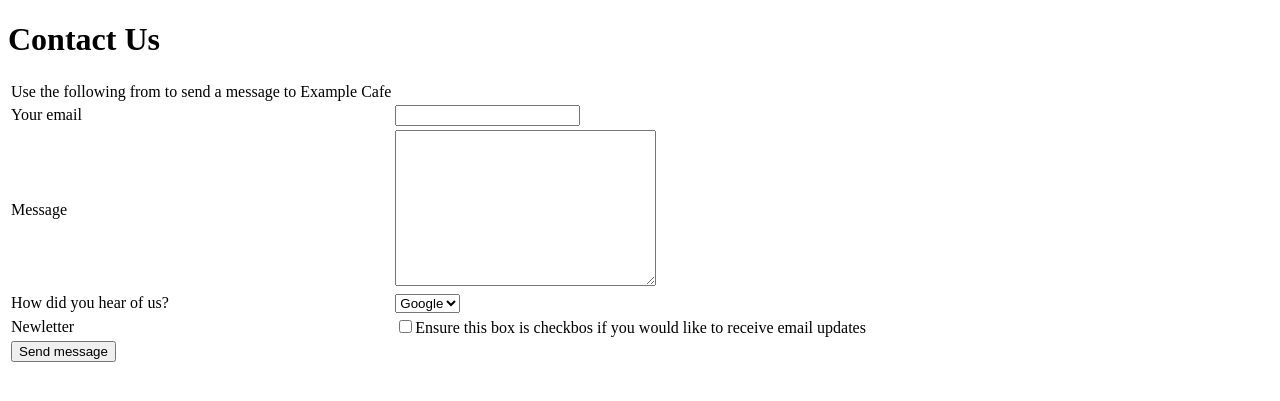
Repository: PhamChiXuan1/HTCNW_tuan3_DHCNTT16C_PhamChiXuan_20030131
Page: bt14.html
An editor plug-in stored every save of this project. The page is shown before and after the next save, followed by the edit.
The browser window is 1280 px wide. The pictures show the whole page.

Above is the page before, as saved 2022-02-28 12:40:48.

After the next save:
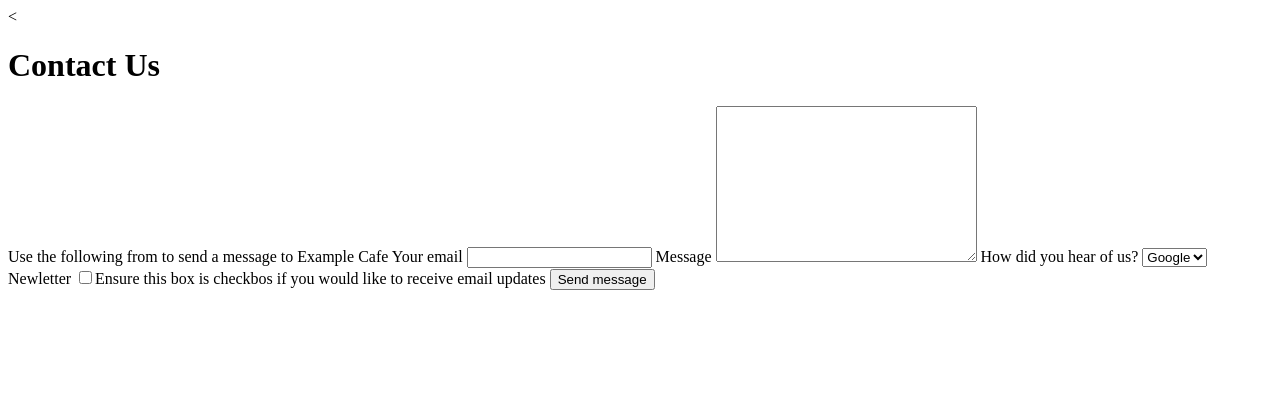
Saved 24 s later.
--- a/bt14.html
+++ b/bt14.html
@@ -7,7 +7,7 @@
     <title>Document</title>
 </head>
 <body>
-    <table>
+    <
         <H1>Contact Us</H1>
         <tr>
             <td>Use the following from to send a message to Example Cafe</td>
@@ -43,6 +43,6 @@
                 <input type="submit" value="Send message">
             </td>
         </tr>
-    </table>
+
 </body>
 </html>
